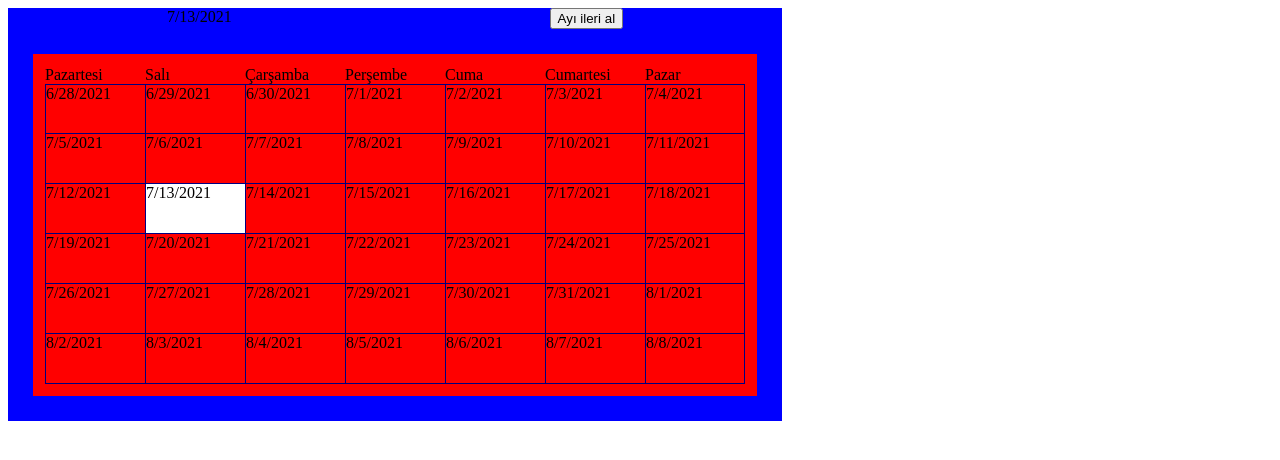
Repository: ahmetbugraozcan/javascript-calendar
Page: tablo.html
These files come from the project's save history. The page is drawn as it stood at one moment and after the next save; the edit follows.
The browser window is 1280 px wide. The pictures show the whole page.

Above is the page before, as saved 2021-07-13 11:01:31.

After the next save:
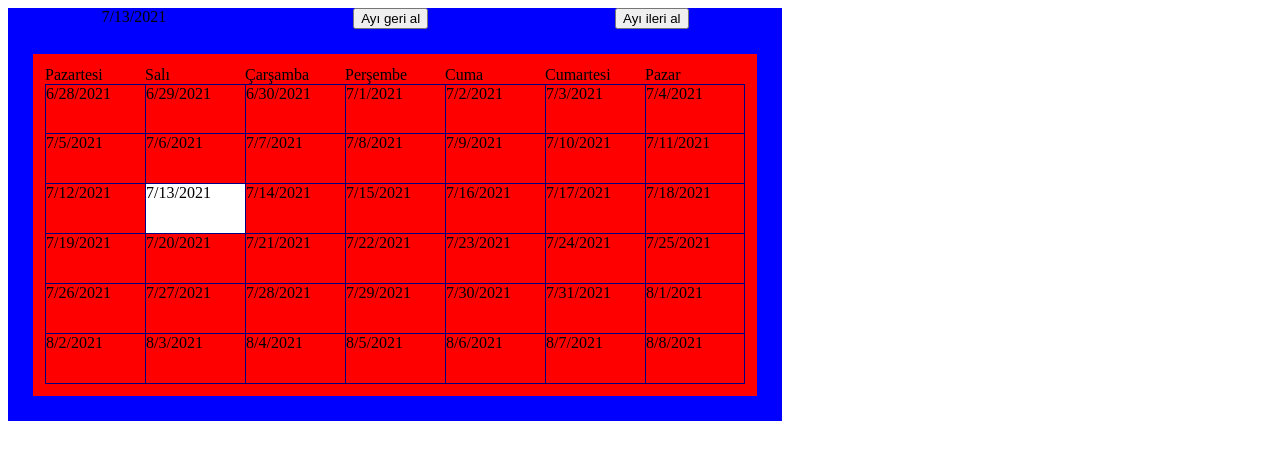
Saved 16 s later.
--- a/tablo.html
+++ b/tablo.html
@@ -65,7 +65,7 @@
 
         <div class="test">
             <span id="currentDate"></span>
-
+            <span><button type="button" onclick="previousDate()">Ayı geri al</button></span>
             <span><button type="button" onclick="nextDate()">Ayı ileri al</button></span>
         </div>
         <div class="calendar">
